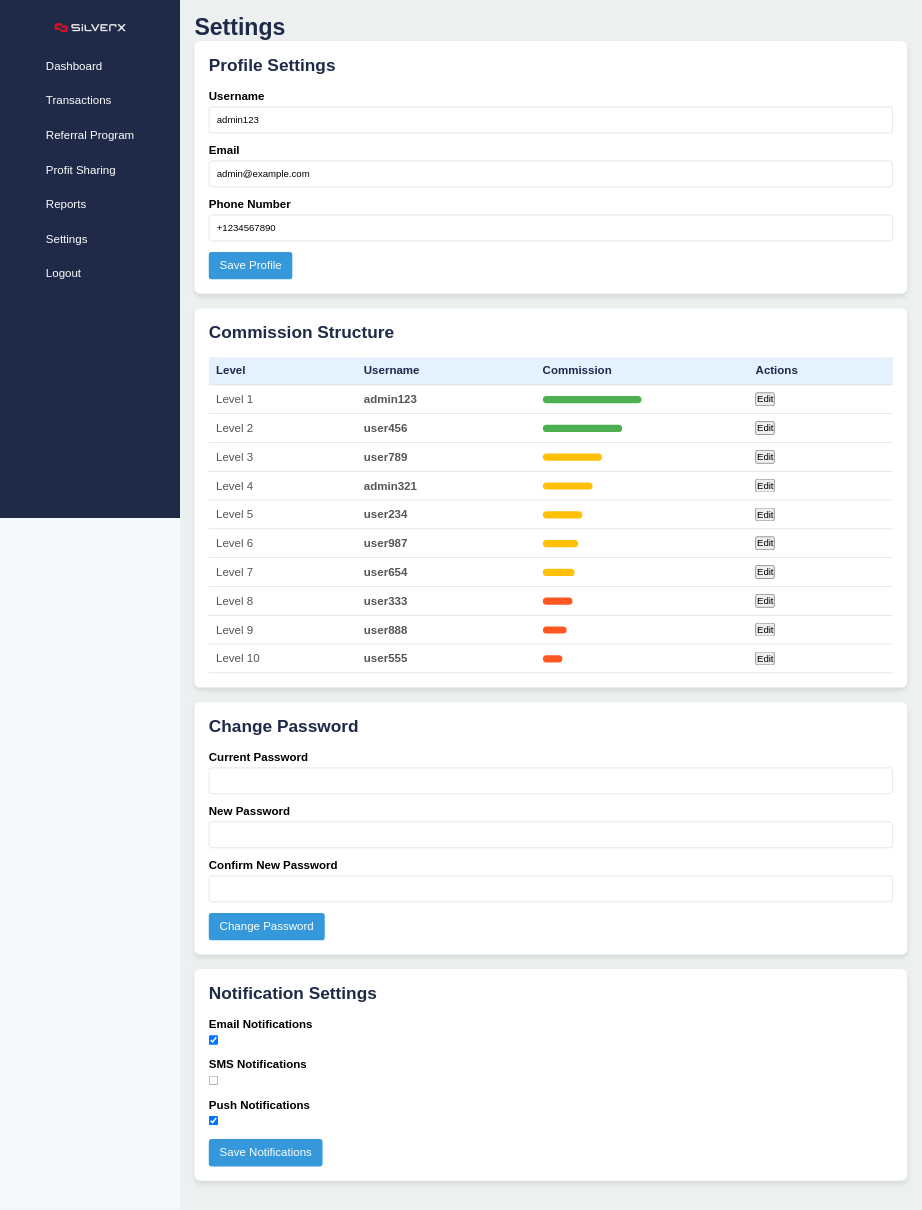
Repository: 2025silverx/slivedrX
Page: setting.html
An editor plug-in stored every save of this project. The page is shown before and after the next save, followed by the edit.
The browser window is 1280 px wide. The pictures show the whole page, at 72% of full size.

Above is the page before, as saved 2025-01-19 14:26:16.

### setting.html
<!DOCTYPE html>
<html lang="en">
<head>
    <meta charset="UTF-8">
    <meta name="viewport" content="width=device-width, initial-scale=1.0">
    <title>Admin Panel - Settings</title>
    <link rel="stylesheet" href="settings.css">
</head>
<body>
    <!-- Sidebar -->
    <div id="sidebar-container">
        <div class="sidebar">
            <img src="images/logo.png" alt="Sidebar Logo" class="sidebar-logo">
            <ul class="sidebar-links">
                <li><a href="index.html" class="sidebar-link" data-target="dashboard">Dashboard</a></li>
                <li><a href="index2.html" class="sidebar-link" data-target="transactions">Transactions</a></li>
                <li><a href="indesx3.html" class="sidebar-link" data-target="reports">Referral Program</a></li>
                <li><a href="index4.html" class="sidebar-link" data-target="users">Profit Sharing</a></li>
                <li><a href="index5.html" class="sidebar-link" data-target="reports">Reports</a></li>
                <li><a href="setting.html" class="sidebar-link" data-target="settings">Settings</a></li>
                <li><a href="index5.html" class="sidebar-link" data-target="logout">Logout</a></li>
            </ul>
        </div>
    </div>


    <!-- Main Content -->
    <div class="main-content">
        <h1>Settings</h1>

        <!-- Profile Settings Section -->
        <div class="settings-section">
            <h2>Profile Settings</h2>
            <form class="settings-form">
                <div class="form-group">
                    <label for="username">Username</label>
                    <input type="text" id="username" name="username" value="admin123" required>
                </div>
                <div class="form-group">
                    <label for="email">Email</label>
                    <input type="email" id="email" name="email" value="admin@example.com" required>
                </div>
                <div class="form-group">
                    <label for="phone">Phone Number</label>
                    <input type="text" id="phone" name="phone" value="+1234567890" required>
                </div>
                <button type="submit" class="btn">Save Profile</button>
            </form>
        </div>

   <!-- Commission Structure Table -->
   <div class="settings-section">
    <h2>Commission Structure</h2>
    <table class="commission-table">
        <thead>
            <tr>
                <th>Level</th>
                <th>Username</th>
                <th>Commission</th>
                <th>Actions</th>
            </tr>
        </thead>
        <tbody>
            <tr>
                <td>Level 1</td>
                <td><span class="username">admin123</span></td>
                <td><div class="progress-bar high" style="width: 50%;"></div></td>
                <td><button class="edit-btn">Edit</button></td>
            </tr>
            <tr>
                <td>Level 2</td>
                <td><span class="username">user456</span></td>
                <td><div class="progress-bar high" style="width: 40%;"></div></td>
                <td><button class="edit-btn">Edit</button></td>
            </tr>
            <tr>
                <td>Level 3</td>
                <td><span class="username">user789</span></td>
                <td><div class="progress-bar medium" style="width: 30%;"></div></td>
                <td><button class="edit-btn">Edit</button></td>
            </tr>
            <tr>
                <td>Level 4</td>
                <td><span class="username">admin321</span></td>
                <td><div class="progress-bar medium" style="width: 25%;"></div></td>
                <td><button class="edit-btn">Edit</button></td>
            </tr>
            <tr>
                <td>Level 5</td>
                <td><span class="username">user234</span></td>
                <td><div class="progress-bar medium" style="width: 20%;"></div></td>
                <td><button class="edit-btn">Edit</button></td>
            </tr>
            <tr>
                <td>Level 6</td>
                <td><span class="username">user987</span></td>
                <td><div class="progress-bar medium" style="width: 18%;"></div></td>
                <td><button class="edit-btn">Edit</button></td>
            </tr>
            <tr>
                <td>Level 7</td>
                <td><span class="username">user654</span></td>
                <td><div class="progress-bar medium" style="width: 16%;"></div></td>
                <td><button class="edit-btn">Edit</button></td>
            </tr>
            <tr>
                <td>Level 8</td>
                <td><span class="username">user333</span></td>
                <td><div class="progress-bar low" style="width: 15%;"></div></td>
                <td><button class="edit-btn">Edit</button></td>
            </tr>
            <tr>
                <td>Level 9</td>
                <td><span class="username">user888</span></td>
                <td><div class="progress-bar low" style="width: 12%;"></div></td>
                <td><button class="edit-btn">Edit</button></td>
            </tr>
            <tr>
                <td>Level 10</td>
                <td><span class="username">user555</span></td>
                <td><div class="progress-bar low" style="width: 10%;"></div></td>
                <td><button class="edit-btn">Edit</button></td>
            </tr>
        </tbody>
    </table>
</div>

<!-- Change Password Section -->
<div class="settings-section">
    <h2>Change Password</h2>
    <form class="settings-form">
        <div class="form-group">
            <label for="current-password">Current Password</label>
            <input type="password" id="current-password" name="current-password" required>
        </div>
        <div class="form-group">
            <label for="new-password">New Password</label>
            <input type="password" id="new-password" name="new-password" required>
        </div>
        <div class="form-group">
            <label for="confirm-password">Confirm New Password</label>
            <input type="password" id="confirm-password" name="confirm-password" required>
        </div>
        <button type="submit" class="btn">Change Password</button>
    </form>
</div>

<!-- Notification Settings Section -->
<div class="settings-section">
    <h2>Notification Settings</h2>
    <form class="settings-form">
        <div class="form-group">
            <label for="email-notifications">Email Notifications</label>
            <input type="checkbox" id="email-notifications" name="email-notifications" checked>
        </div>
        <div class="form-group">
            <label for="sms-notifications">SMS Notifications</label>
            <input type="checkbox" id="sms-notifications" name="sms-notifications">
        </div>
        <div class="form-group">
            <label for="push-notifications">Push Notifications</label>
            <input type="checkbox" id="push-notifications" name="push-notifications" checked>
        </div>
        <button type="submit" class="btn">Save Notifications</button>
    </form>
</div>
</div>

<script src="settings.js"></script>
</body>
</html>

### settings.css
/* Reset some default styles */
* {
    margin: 0;
    padding: 0;
    box-sizing: border-box;
}

/* General Styles */
body {
    font-family: Arial, sans-serif;
    background-color: #f4f9fc; /* Light blue background */
    margin: 0;
    padding: 0;
    display: flex;
}

h1, h2 {
    color: #1E2A47; /* Dark blue for headers */
}

/* Sidebar Styles */
#sidebar-container {
    position: fixed;
    width: 250px;
    height: 100%;
    background-color: #1E2A47; /* Bluish background */
    color: white;
    padding-top: 20px;
}

.sidebar {
    display: flex;
    flex-direction: column;
    align-items: center;
}

.sidebar-logo {
    width: 100px;
    margin-bottom: 20px;
}

.sidebar-links {
    list-style: none;
    padding: 0;
}

.sidebar-link {
    text-decoration: none;
    color: white;
    padding: 10px 20px;
    display: block;
    width: 100%;
    margin-bottom: 10px;
    border-radius: 4px;
    transition: background-color 0.3s;
}

.sidebar-link:hover {
    background-color: #3C4A78; /* Lighter bluish hover effect */
}

/* Main Content Styles */
.main-content {
    margin-left: 250px; /* Sidebar width */
    padding: 20px;
    flex: 1;
    background-color: #ecf0f1;
    min-height: 100vh;
}

/* Settings Section Styles */
.settings-section {
    background: #ffffff;
    padding: 20px;
    border-radius: 8px;
    box-shadow: 0 4px 8px rgba(0, 0, 0, 0.1);
    margin-bottom: 20px;
}

.settings-section h2 {
    margin-bottom: 20px;
}

/* Form Group Styles */
.form-group {
    margin-bottom: 15px;
}

.form-group label {
    display: block;
    margin-bottom: 5px;
    font-weight: bold;
}

.form-group input {
    width: 100%;
    padding: 10px;
    border: 1px solid #ddd;
    border-radius: 4px;
}

.form-group input[type="checkbox"] {
    width: auto;
}

.form-group input:focus {
    border-color: #3498db;
    outline: none;
}

/* Button Styles */
.btn {
    padding: 10px 15px;
    background: #3498db;
    color: white;
    border: none;
    border-radius: 4px;
    cursor: pointer;
    font-size: 16px;
}

.btn:hover {
    background: #2980b9;
}

/* Commission Table Styles */
.commission-table {
    width: 100%;
    border-collapse: collapse;
    margin-top: 20px;
}

.commission-table th,
.commission-table td {
    padding: 10px;
    text-align: left;
    border-bottom: 1px solid #ddd;
}

.commission-table th {
    background-color: #E4F1FE; /* Light blue background for header */
    color: #1E2A47; /* Dark blue for text */
}

.commission-table td {
    background-color: #fff;
    color: #555;
}

.commission-table tr:hover {
    background-color: #f1f9fc; /* Light hover effect */
}

/* Percentage Label Colors */
.commission-table td span {
    font-weight: bold;
}

.commission-table td span.low {
    color: #FF5722; /* Red for lower percentages */
}

.commission-table td span.medium {
    color: #FFC107; /* Amber for medium percentages */
}

.commission-table td span.high {
    color: #4CAF50; /* Green for higher percentages */
}

/* Status Button Styles */
.status-btn {
    padding: 6px 12px;
    border-radius: 20px;
    color: white;
    font-size: 14px;
    cursor: pointer;
    border: none;
}

.status-btn.active {
    background-color: #4c80a3; /* Bluish active status */
}

.status-btn.inactive {
    background-color: #a0c4d7; /* Light bluish for inactive */
}

/* Action Button Styles */
.action-btn {
    padding: 8px 15px;
    border: none;
    cursor: pointer;
    margin: 5px;
    border-radius: 5px;
    font-size: 14px;
}

.action-btn.view {
    background-color: #457b9d; /* Bluish for view button */
    color: white;
}

.action-btn.edit {
    background-color: #5fa6d3; /* Lighter bluish for edit button */
    color: white;
}

.action-btn.delete {
    background-color: #dc3545;
    color: white;
}

.action-btn.show-password {
    background-color: #17a2b8;
    color: white;
}

/* Commission Table Progress Bar Styles */
.progress-bar {
    height: 10px;
    border-radius: 5px;
    background-color: #ddd; /* Gray background for progress bar */
}

.progress-bar.high {
    background-color: #4CAF50; /* Green for higher commissions */
}

.progress-bar.medium {
    background-color: #FFC107; /* Amber for medium commissions */
}

.progress-bar.low {
    background-color: #FF5722; /* Red for lower commissions */
}

### settings.js
// This script handles form submission and any additional interactivity (if needed).
document.querySelectorAll('.settings-form').forEach(form => {
    form.addEventListener('submit', function(event) {
        event.preventDefault();
        alert('Settings saved successfully!');
    });
});

After the next save:
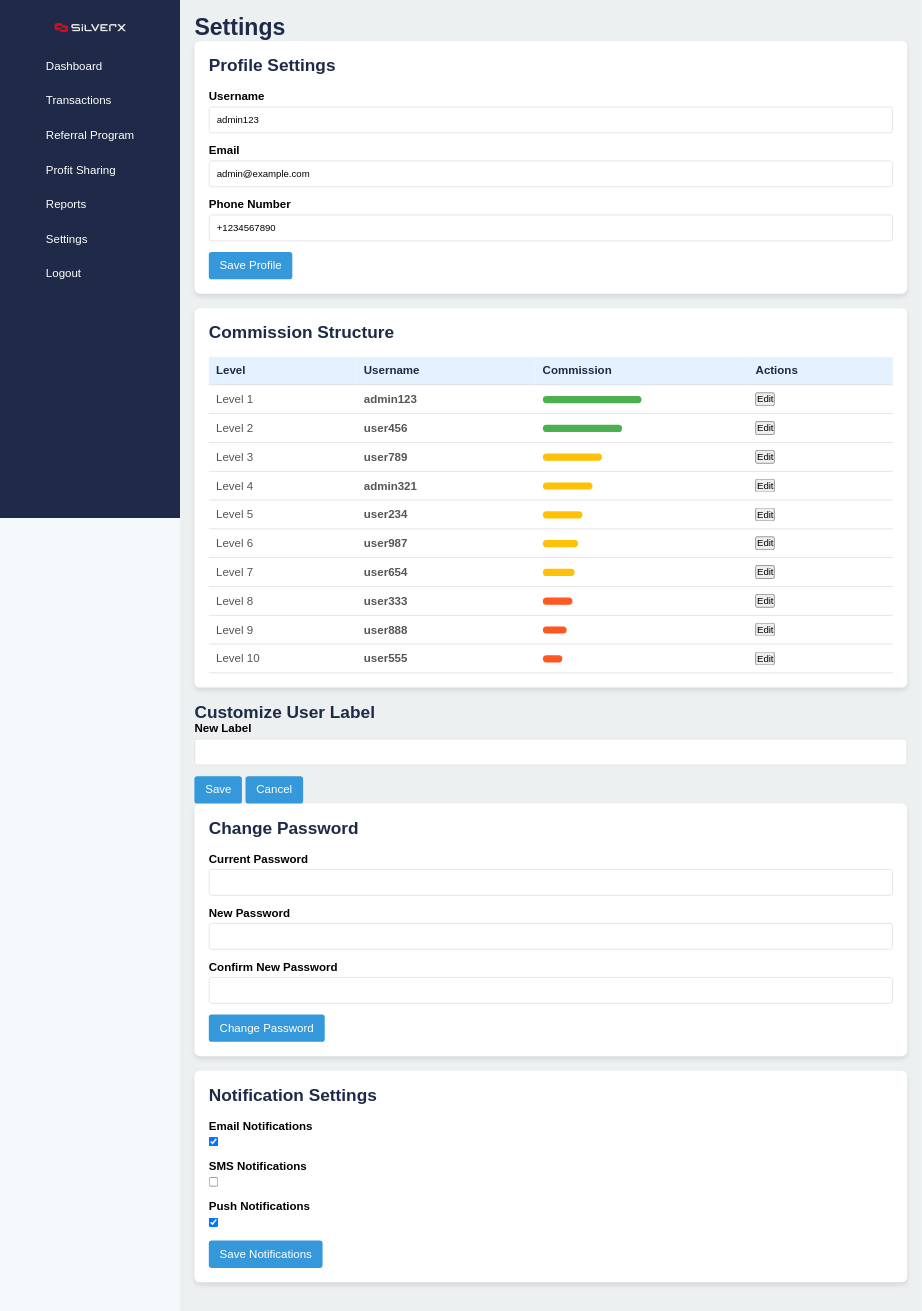
Saved 4 min 49 s later.
--- a/setting.html
+++ b/setting.html
@@ -49,7 +49,7 @@
         </div>
 
    <!-- Commission Structure Table -->
-   <div class="settings-section">
+<div class="settings-section">
     <h2>Commission Structure</h2>
     <table class="commission-table">
         <thead>
@@ -65,65 +65,81 @@
                 <td>Level 1</td>
                 <td><span class="username">admin123</span></td>
                 <td><div class="progress-bar high" style="width: 50%;"></div></td>
-                <td><button class="edit-btn">Edit</button></td>
+                <td><button class="edit-btn" onclick="openEditModal('Level 1', 'admin123')">Edit</button></td>
             </tr>
             <tr>
                 <td>Level 2</td>
                 <td><span class="username">user456</span></td>
                 <td><div class="progress-bar high" style="width: 40%;"></div></td>
-                <td><button class="edit-btn">Edit</button></td>
+                <td><button class="edit-btn" onclick="openEditModal('Level 2', 'user456')">Edit</button></td>
             </tr>
             <tr>
                 <td>Level 3</td>
                 <td><span class="username">user789</span></td>
                 <td><div class="progress-bar medium" style="width: 30%;"></div></td>
-                <td><button class="edit-btn">Edit</button></td>
+                <td><button class="edit-btn" onclick="openEditModal('Level 3', 'user789')">Edit</button></td>
             </tr>
             <tr>
                 <td>Level 4</td>
                 <td><span class="username">admin321</span></td>
                 <td><div class="progress-bar medium" style="width: 25%;"></div></td>
-                <td><button class="edit-btn">Edit</button></td>
+                <td><button class="edit-btn" onclick="openEditModal('Level 4', 'admin321')">Edit</button></td>
             </tr>
             <tr>
                 <td>Level 5</td>
                 <td><span class="username">user234</span></td>
                 <td><div class="progress-bar medium" style="width: 20%;"></div></td>
-                <td><button class="edit-btn">Edit</button></td>
+                <td><button class="edit-btn" onclick="openEditModal('Level 5', 'user234')">Edit</button></td>
             </tr>
             <tr>
                 <td>Level 6</td>
                 <td><span class="username">user987</span></td>
                 <td><div class="progress-bar medium" style="width: 18%;"></div></td>
-                <td><button class="edit-btn">Edit</button></td>
+                <td><button class="edit-btn" onclick="openEditModal('Level 6', 'user987')">Edit</button></td>
             </tr>
             <tr>
                 <td>Level 7</td>
                 <td><span class="username">user654</span></td>
                 <td><div class="progress-bar medium" style="width: 16%;"></div></td>
-                <td><button class="edit-btn">Edit</button></td>
+                <td><button class="edit-btn" onclick="openEditModal('Level 7', 'user654')">Edit</button></td>
             </tr>
             <tr>
                 <td>Level 8</td>
                 <td><span class="username">user333</span></td>
                 <td><div class="progress-bar low" style="width: 15%;"></div></td>
-                <td><button class="edit-btn">Edit</button></td>
+                <td><button class="edit-btn" onclick="openEditModal('Level 8', 'user333')">Edit</button></td>
             </tr>
             <tr>
                 <td>Level 9</td>
                 <td><span class="username">user888</span></td>
                 <td><div class="progress-bar low" style="width: 12%;"></div></td>
-                <td><button class="edit-btn">Edit</button></td>
+                <td><button class="edit-btn" onclick="openEditModal('Level 9', 'user888')">Edit</button></td>
             </tr>
             <tr>
                 <td>Level 10</td>
                 <td><span class="username">user555</span></td>
                 <td><div class="progress-bar low" style="width: 10%;"></div></td>
-                <td><button class="edit-btn">Edit</button></td>
+                <td><button class="edit-btn" onclick="openEditModal('Level 10', 'user555')">Edit</button></td>
             </tr>
         </tbody>
     </table>
 </div>
+
+<!-- Edit Label Modal -->
+<div id="edit-modal" class="modal">
+    <div class="modal-content">
+        <h2>Customize User Label</h2>
+        <form id="edit-form">
+            <div class="form-group">
+                <label for="new-label">New Label</label>
+                <input type="text" id="new-label" name="new-label" required>
+            </div>
+            <button type="submit" class="btn">Save</button>
+            <button type="button" class="btn" onclick="closeEditModal()">Cancel</button>
+        </form>
+    </div>
+</div>
+
 
 <!-- Change Password Section -->
 <div class="settings-section">
